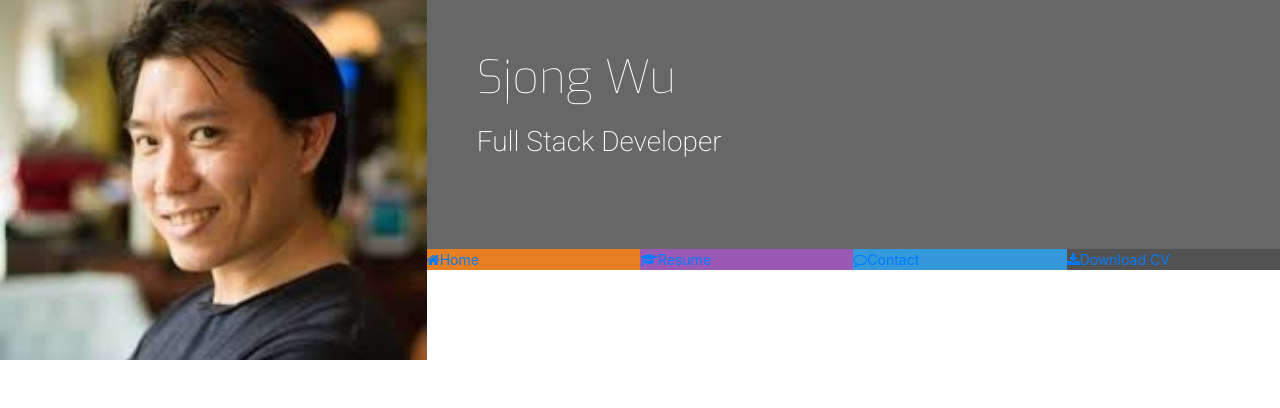
Repository: Scuzeme/codeinstitue-resume-project
Page: index.html
The author's editor kept a record of every edit. The page is drawn from the files as they stood at one moment, then again after the next edit.
The browser window is 1280 px wide. The pictures show the whole page.
Some web libraries are served in a nearby version.

Above is the page before.

After the next edit:
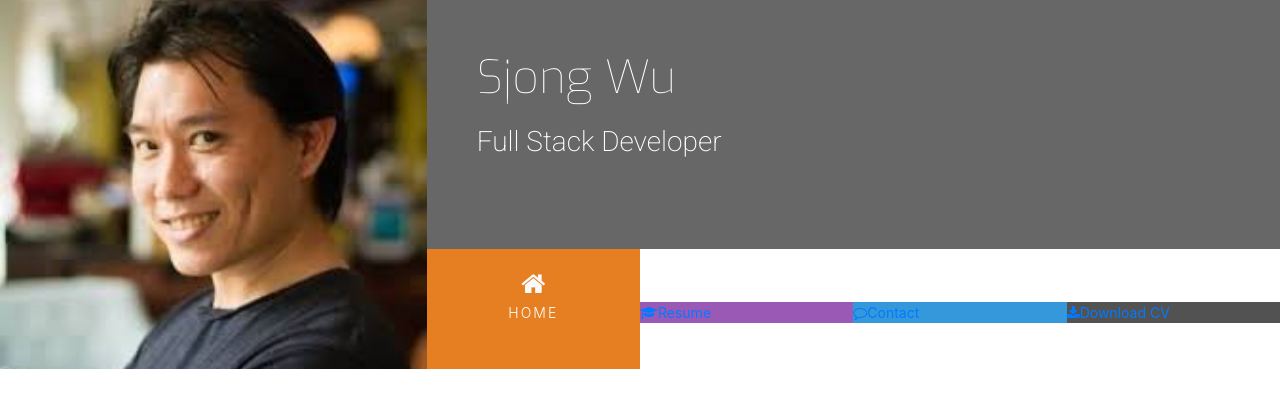
The edit:
--- a/index.html
+++ b/index.html
@@ -23,7 +23,7 @@
                 <div class="row no-gutters">
                     <div class="col">
                         <ul id="nav" class="list-inline menucontainer">
-                            <li class="col-6 col-sm-3 ui-menu-color-home list-inline-item">
+                            <li class="col-6 col-sm-3 ui-menu-color-home list-inline-item menuitem">
                                 <a href="#"><i class="fa fa-home" aria-hidden="true"></i><span>Home</span></a>
                             </li>
                             <li class="col-6 col-sm-3 ui-menu-color-resume list-inline-item">
